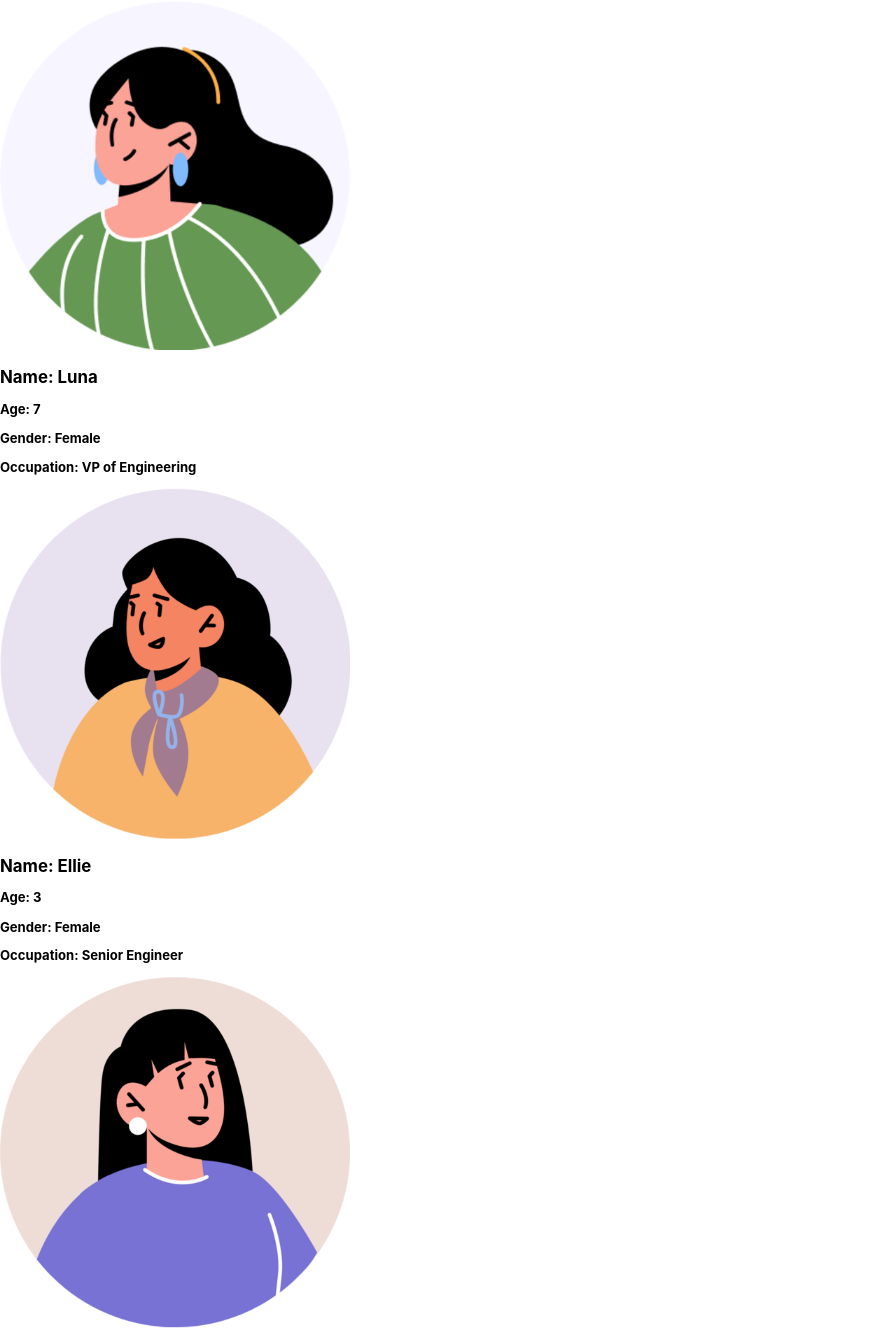
Repository: mahsa199170/React-Props-projects
Page: / (app in profile-app/)
These files come from the project's save history. The page is drawn as it stood at one moment and after a run of saves; the edit follows.
The browser window is 1280 px wide. The pictures show the part of the page from y = 0 to 1920 px (the page is 2792 px tall before and 2787 px after), at 70% of full size.
The project was rebuilt for these pictures with package versions that can differ from the ones it lists, and the page was loaded fresh each time. Also part of the build but not shown: profile-app/src/App.css.

Above is the page before, as saved 2024-11-18 15:42:14.

### profile-app/src/App.js
import './App.css';
import Profile from './components/profile/Profile';
import { people } from './personalInfo';

function App() {
  const personInfo = people.map((p) => {
    return <h1>{p.name}</h1>;
  });

  return (
    <div>
      {people.map((person) => {
        const { id, name, age, gender, occupation, image } = person;
        return (
          <div key={id}>
            <Profile
              name={name}
              age={age}
              occupation={occupation}
              gender={gender}
              image={image}
            />
          </div>
        );
      })}
    </div>
  );
}

export default App;

### profile-app/src/components/profile/Profile.js
import React from 'react';
import Card from '../card/Card';
import './Profile.scss';

const Profile = ({ id, name, age, gender, occupation, image }) => {
  return (
    <Card>
      <div className="profil-card">
        <img src={image} alt="profile" />
        <h2>Name: {name}</h2>
        <h3>Age: {age}</h3>
        <h3>Gender: {gender}</h3>
        <h3>Occupation: {occupation}</h3>
      </div>
    </Card>
  );
};

export default Profile;

### profile-app/src/personalInfo.js
import image1 from './components/images/100.png';
import image2 from './components/images/54.png';
import image3 from './components/images/73.png';
import image4 from './components/images/94.png';
export const people = [
  {
    id: 1,
    name: 'Luna',
    age: 7,
    gender: 'Female',
    occupation: 'VP of Engineering',
    image: image1,
  },
  {
    id: 2,
    name: 'Ellie',
    age: 3,
    gender: 'Female',
    occupation: 'Senior Engineer',
    image: image2,
  },
  {
    id: 3,
    name: 'Tango',
    age: 10,
    gender: 'male',
    occupation: 'Software Engineer',
    image: image3,
  },
  {
    id: 4,
    name: 'Frankie',
    age: 1,
    gender: 'male',
    occupation: 'Devops Engineer',
    image: image4,
  },
];

### profile-app/src/components/card/Card.js
import React from 'react';

const Card = ({ children }) => {
  return <div className="card">{children}</div>;
};

export default Card;

### profile-app/src/components/profile/Profile.scss
.profile-card {
  box-shadow: rgba(100, 100, 111, 0.2) 0px 7px 29px 0px;
  width: 250px;
  text-align: center;
  border-radius: 50%;
  padding: 2rem;
  font-family: sans-serif;

  img {
    // width: 100%;
    // height: 100%;
    // object-fit: cover;
    border-radius: 50%;
  }
}

.profile-info {
  text-align: center;

  h2 {
    font-size: 24px;
    font-weight: bold;
    margin-bottom: 10px;
    color: #333;
  }

  p {
    font-size: 16px;
    margin: 5px 0;
    color: #666;
  }
}

Loaded but not shown: profile-app/public/index.html (common file); profile-app/src/index.js (common file); profile-app/src/index.css (common file)

After the next 5 saves:
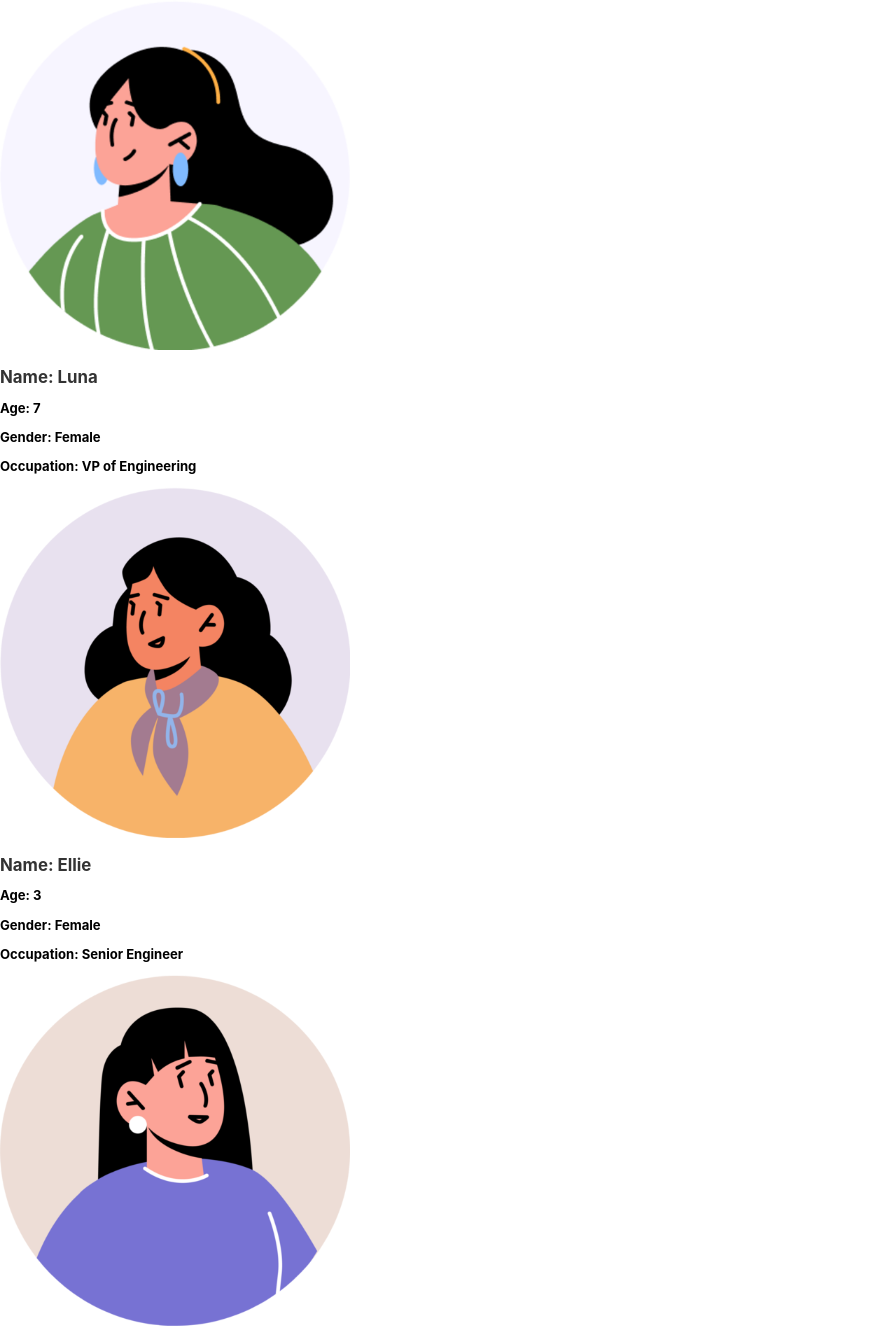
The 5 saves are shown as one change because 3 did not build or start and some came seconds apart.
The last was saved 93 s later.
--- a/profile-app/src/components/profile/Profile.scss
+++ b/profile-app/src/components/profile/Profile.scss
@@ -7,26 +7,20 @@
   font-family: sans-serif;
 
   img {
-    // width: 100%;
-    // height: 100%;
-    // object-fit: cover;
     border-radius: 50%;
+    width: 50px;
   }
 }
 
-.profile-info {
-  text-align: center;
+h2 {
+  font-size: 24px;
+  font-weight: bold;
+  margin-bottom: 10px;
+  color: #333;
+}
 
-  h2 {
-    font-size: 24px;
-    font-weight: bold;
-    margin-bottom: 10px;
-    color: #333;
-  }
-
-  p {
-    font-size: 16px;
-    margin: 5px 0;
-    color: #666;
-  }
+p {
+  font-size: 16px;
+  margin: 5px 0;
+  color: #666;
 }
